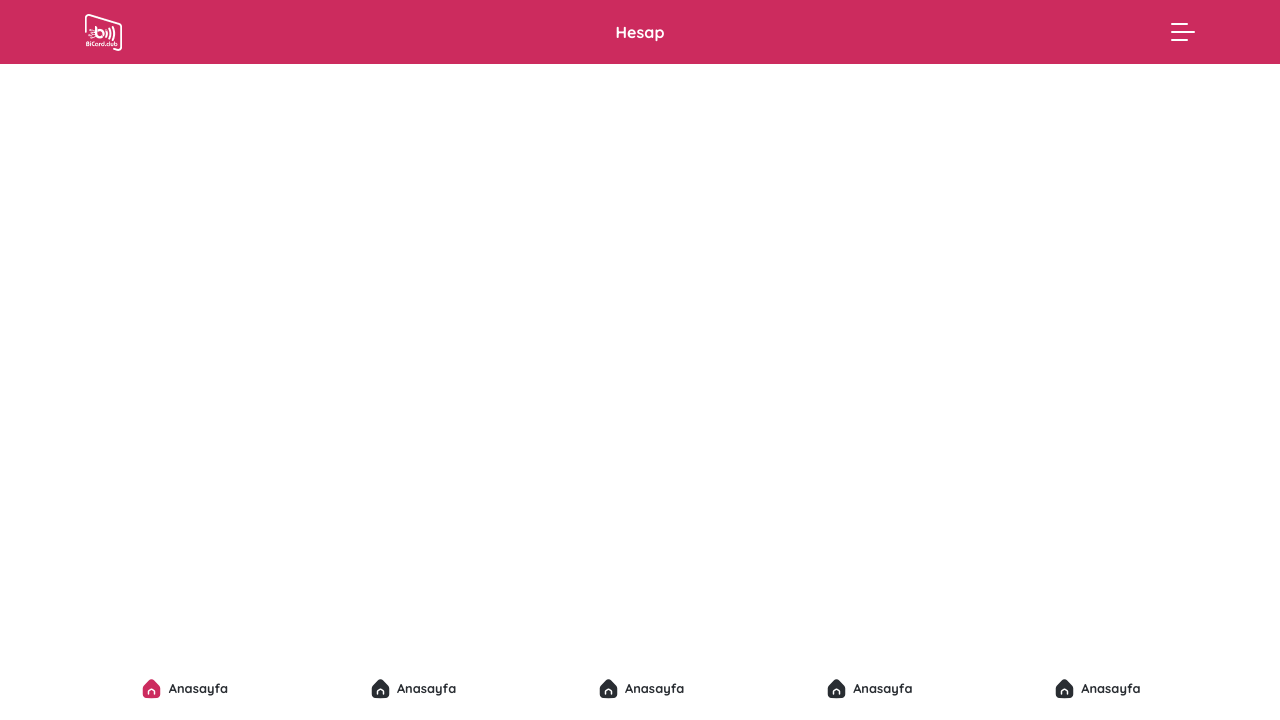
Repository: KayahanKahriman/bicard
Page: form.html
An editor plug-in stored every save of this project. The page is shown before and after the next save, followed by the edit.
The browser window is 1280 px wide. The pictures show the whole page.
The style sheet was rebuilt from its Sass, Less or Tailwind sources for each picture, by a compiler version that may differ from the author's.

Above is the page before, as saved 2021-12-02 11:28:50.

After the next save:
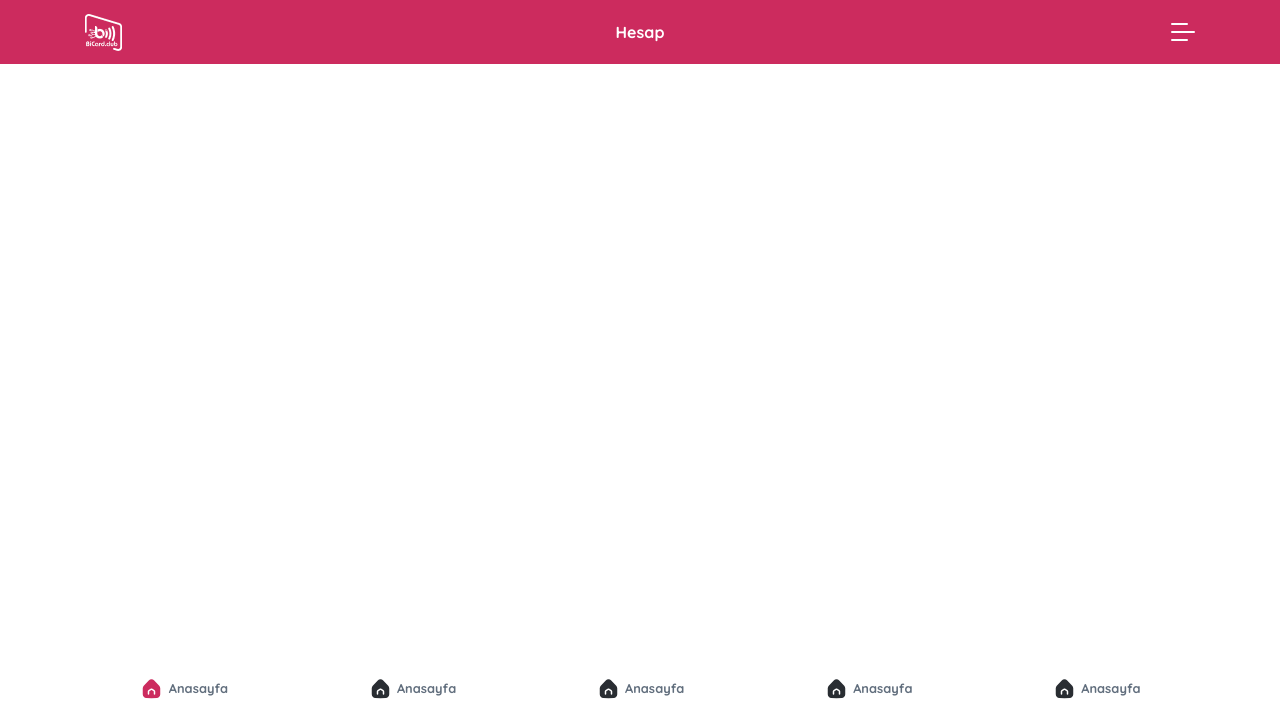
Saved 35 s later.
--- a/assets/scss/style.scss
+++ b/assets/scss/style.scss
@@ -105,6 +105,7 @@
   span {
     font-size: 0.8em;
     font-weight: 600;
+    color: var(--alt-text-color);
   }
 }
 
